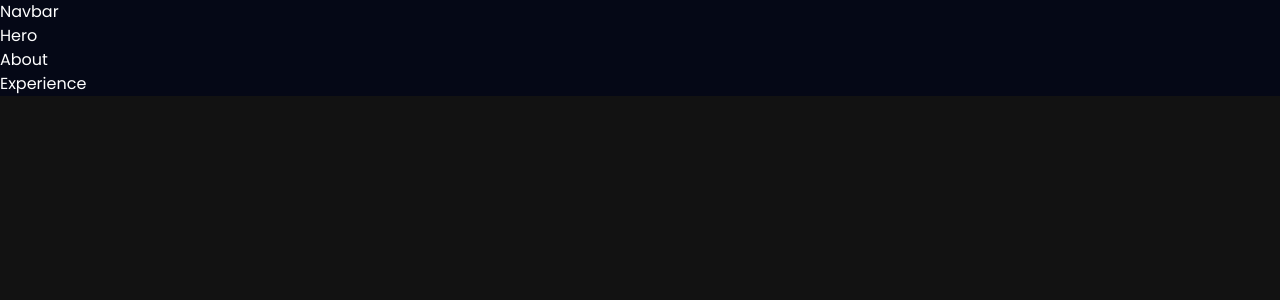
Repository: smallchungus/3JSPersonalWebsite
Page: /
These files come from the project's save history. The page is drawn as it stood at one moment and after a run of saves; the edit follows.
The browser window is 1280 px wide. The pictures show the whole page.
The project was rebuilt for these pictures with package versions that can differ from the ones it lists, and the page was loaded fresh each time. Also part of the build but not shown: vite.config.js, src/components/canvas/Earth.jsx, src/components/canvas/Ball.jsx, src/components/canvas/Computers.jsx, src/components/canvas/Stars.jsx, src/components/Contact.jsx.

Above is the page before, as saved 2023-07-10 16:17:28.

After the next 2 saves:
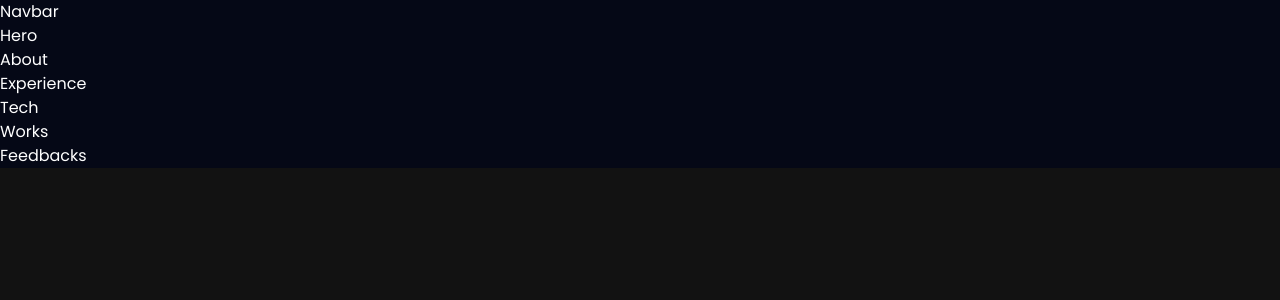
The 2 saves are shown as one change because they came seconds apart.
The last was saved 7 s later.
--- a/src/App.jsx
+++ b/src/App.jsx
@@ -13,6 +13,9 @@ const App = () => {
       </div>
       <About/>
       <Experience/>
+      <Tech/>
+      <Works/>
+      <Feedbacks/>
 
     </div>
     </BrowserRouter>
